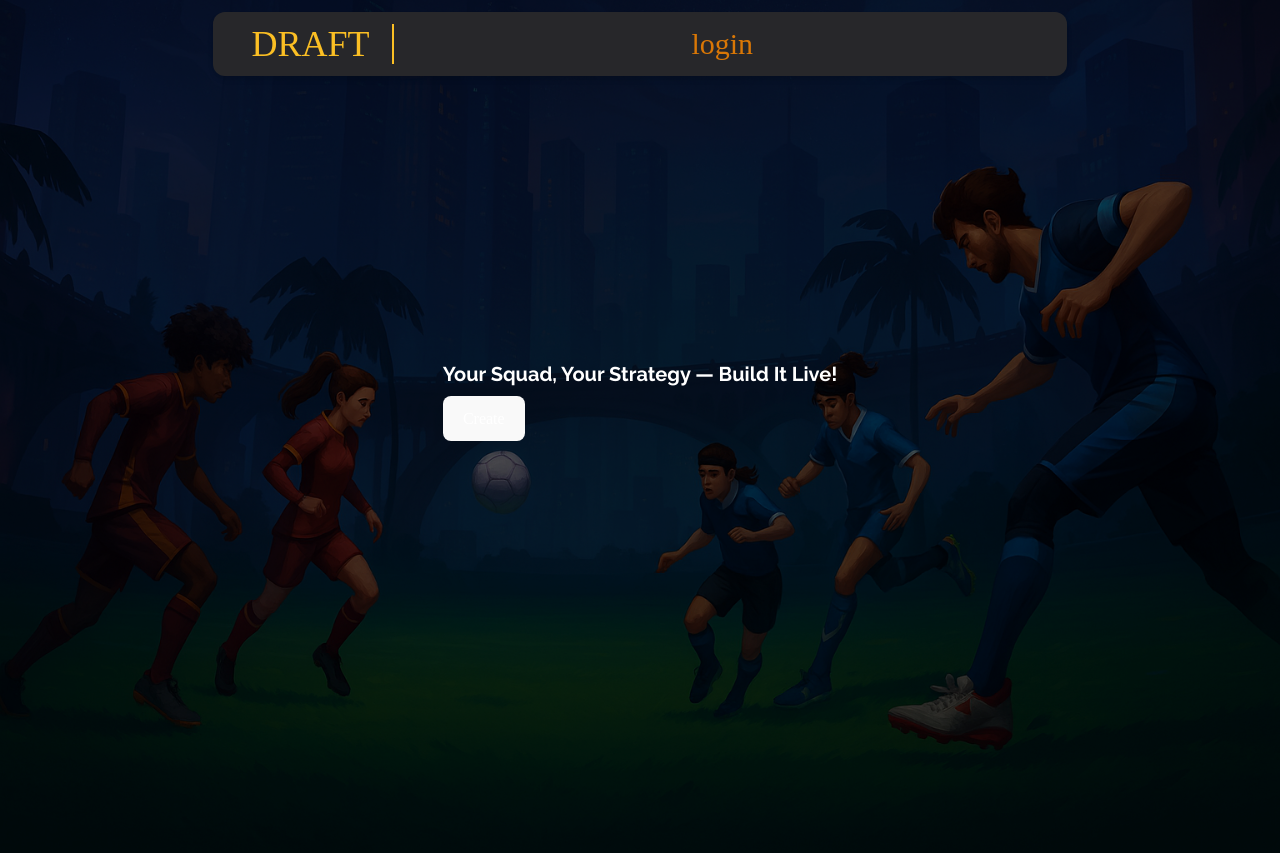
Repository: MehediMim/LeagueCrafter--Online-Auction-Platform-Project
Page: / (app in my-app/)
An editor plug-in stored every save of this project. The page is shown before and after the next save, followed by the edit.
The browser window is 1280 px wide. The pictures show the whole page.
Some web fonts or font styles are not loaded; a fallback is used. The project was rebuilt for these pictures with package versions that can differ from the ones it lists, and the page was loaded fresh each time. Also part of the build but not shown: my-app/vite.config.js, my-app/src/pages/Dashboard.jsx, my-app/src/pages/Login.jsx.

Above is the page before, as saved 2025-05-25 02:04:02.

### my-app/src/main.jsx
import { StrictMode } from 'react'
import { createRoot } from 'react-dom/client'
import React from 'react';
import ReactDOM from 'react-dom/client';
import './index.css'
import App from './App.jsx'
import { Auth0Provider } from '@auth0/auth0-react';
console.log("HELLO WORLD");
console.log('Domain:', import.meta.env.VITE_AUTH0_DOMAIN);
console.log('Client ID:', import.meta.env.VITE_AUTH0_CLIENT_ID);
console.log("HELLO WORLD");

ReactDOM.createRoot(document.getElementById('root')).render(
<React.StrictMode>
  <Auth0Provider
    domain={import.meta.env.VITE_AUTH0_DOMAIN}
    clientId={import.meta.env.VITE_AUTH0_CLIENT_ID}
    authorizationParams={{

      redirect_uri: window.location.origin,
      audience: import.meta.env.VITE_AUTH0_AUDIENCE
    }}
  >
    <App />
  </Auth0Provider>
</React.StrictMode>
);

### my-app/src/index.css
@import url('https://fonts.googleapis.com/css2?family=Bebas+Neue&display=swap');
@import url('https://fonts.googleapis.com/css2?family=Raleway:wght@400;700&display=swap');
@import url('https://fonts.googleapis.com/css2?family=Jaro&display=swap');
@import url('https://fonts.googleapis.com/css2?family=WDXL+Lubrifont+TC&display=swap');


@tailwind base;
@tailwind components;
@tailwind utilities;



:root {
  font-family: system-ui, Avenir, Helvetica, Arial, sans-serif;
  line-height: 1.5;
  font-weight: 400;

  color-scheme: light dark;
  color: rgba(255, 255, 255, 0.87);
  background-color: #242424;

  font-synthesis: none;
  text-rendering: optimizeLegibility;
  -webkit-font-smoothing: antialiased;
  -moz-osx-font-smoothing: grayscale;
}

a {
  font-weight: 500;
  color: #646cff;
  text-decoration: inherit;
}
a:hover {
  color: #535bf2;
}

body {
  margin: 0;
  display: flex;
  place-items: center;
  min-width: 320px;
  min-height: 100vh;
}

h1 {
  font-size: 3.2em;
  line-height: 1.1;
}

button {
  border-radius: 8px;
  border: 1px solid transparent;
  padding: 0.6em 1.2em;
  font-size: 1em;
  font-weight: 500;
  font-family: inherit;
  background-color: #1a1a1a;
  cursor: pointer;
  transition: border-color 0.25s;
}
button:hover {
  border-color: #646cff;
}
button:focus,
button:focus-visible {
  outline: 4px auto -webkit-focus-ring-color;
}

@media (prefers-color-scheme: light) {
  :root {
    color: #213547;
    background-color: #ffffff;
  }
  a:hover {
    color: #747bff;
  }
  button {
    background-color: #f9f9f9;
  }
}

### my-app/src/App.jsx
import { BrowserRouter, Routes, Route } from "react-router-dom";
import Navbar from "./components/Navbar";
import Home from "./pages/Home";
import Dashboard from "./pages/Dashboard";
import Login from "./pages/Login";


export default function App() {
  return (
    <BrowserRouter>
      <Navbar />
      <Routes>
        <Route path="/" element={<Home />} />
        <Route path="/dashboard" element={<Dashboard />} />
        <Route path="/login" element={<Login />} />
        {/* <Route path="/auction" element={<AuctionRoom />} /> */}
        {/* <Route path="*" element={<NotFound />} /> */}
      </Routes>
    </BrowserRouter>
  );
}

### my-app/src/components/Navbar.jsx
import { Link } from "react-router-dom";
import { useAuth0 } from "@auth0/auth0-react";

export default function Navbar(params) {

  const { user, isAuthenticated, isLoading, loginWithRedirect, logout } = useAuth0();

  return (
    <div className="h-16 w-screen absolute top-3 z-50 flex justify-center">
      <div className="w-2/3 flex justify-center">
        <div className="bg-zinc-800  shadow-md p-4 rounded-xl w-full flex items-center">
          {/* <div className="w-auto h-auto rounded-xl m-4 flex p-4"> */}
          <div className="w-1/4 border-r-2 border-amber-400 flex justify-center">
            <Link to="/"><h1 className="font-jaro text-4xl text-amber-400 hover:text-white">DRAFT</h1></Link>
          </div>
          <div className="w-full flex justify-evenly   items-center">
            {/* <Link to="/" className="text-amber-600 hover:text-white"><h1 className="text-3xl font-jaro">home</h1></Link> */}
            {/* <Link className="text-amber-600 hover:text-white"><h1 className="text-3xl font-jaro">registrations</h1></Link> */}
            {!isAuthenticated && <Link to="/login" className="text-amber-600 hover:text-white"><h1 className="text-3xl  font-jaro">login</h1></Link>}
            {isAuthenticated && <Link to="/dashboard" className="text-amber-600 hover:text-white"><h1 className="text-3xl  font-jaro">dashboard</h1></Link>}

          </div>
          {/* </div> */}
        </div>
        {isAuthenticated && <div className=" h-16 w-16  ml-3 group cursor-pointer relative">


          <div className="rounded-full border-amber-600 border-4 h-16 w-16">
            <img src={user.picture} className="rounded-full"></img>
          </div>

          <div className="absolute top-10 left-36 -translate-x-1/2  bg-zinc-800 text-white rounded-xl p-4 shadow-lg hidden group-hover:block z-50">
            <p className="text-lg font-bold font-raleway text-left">{user.name}</p>
            <p className="text-lg  font-kanit text-center font-raleway">{user.email}</p>
            <button
              onClick={() => logout({ returnTo: window.location.origin })}
              className="mt-3 w-full px-4 py-2 text-smbg rounded hover:bg-white  hover:text-black transition font-kanit"
            >
              Logout
            </button>
          </div>


        </div>
        }
      </div>
    </div>
  )
};

### my-app/src/pages/Home.jsx
import bg from "../assets/bg1.png"
export default function Home(params) {
    return (
        <div>
            <div className="w-screen h-auto absolute top-0 left-0 z-0">
                <div className="w-full h-full bg-black absolute opacity-55">

                </div>
                <div>
                    <img src={bg} className="w-full"></img>
                </div>
            </div>
            <div className="flex justify-center items-center w-screen absolute">
                <div className="justify-start flex flex-col">
                    <div>
                        <h1 className="text-xl font-raleway text-white font-bold">Your Squad, Your Strategy — Build It Live!</h1>
                    </div>
                    <div className="flex justify-start pt-2">
                        <button className="font-jaro text-white hover:bg-white hover:text-black">Create</button>
                    </div>
                </div>
            </div>
        </div>
    )
};

### my-app/tailwind.config.js
/** @type {import('tailwindcss').Config} */
export default {
  content: [
    "./index.html",
    "./src/**/*.{js,ts,jsx,tsx}",
  ],
  theme: {
    extend: {
      fontFamily: {
        bebas: ['"Bebas Neue"', 'cursive'],
        raleway: ['Raleway', 'sans-serif'],
        jaro: ['Jaro', 'cursive'],
        lubrifont: ['Lubrifont', 'sans-serif'],
      },
    },
  },
  plugins: [],
}

Loaded but not shown: my-app/index.html (common file)

After the next save:
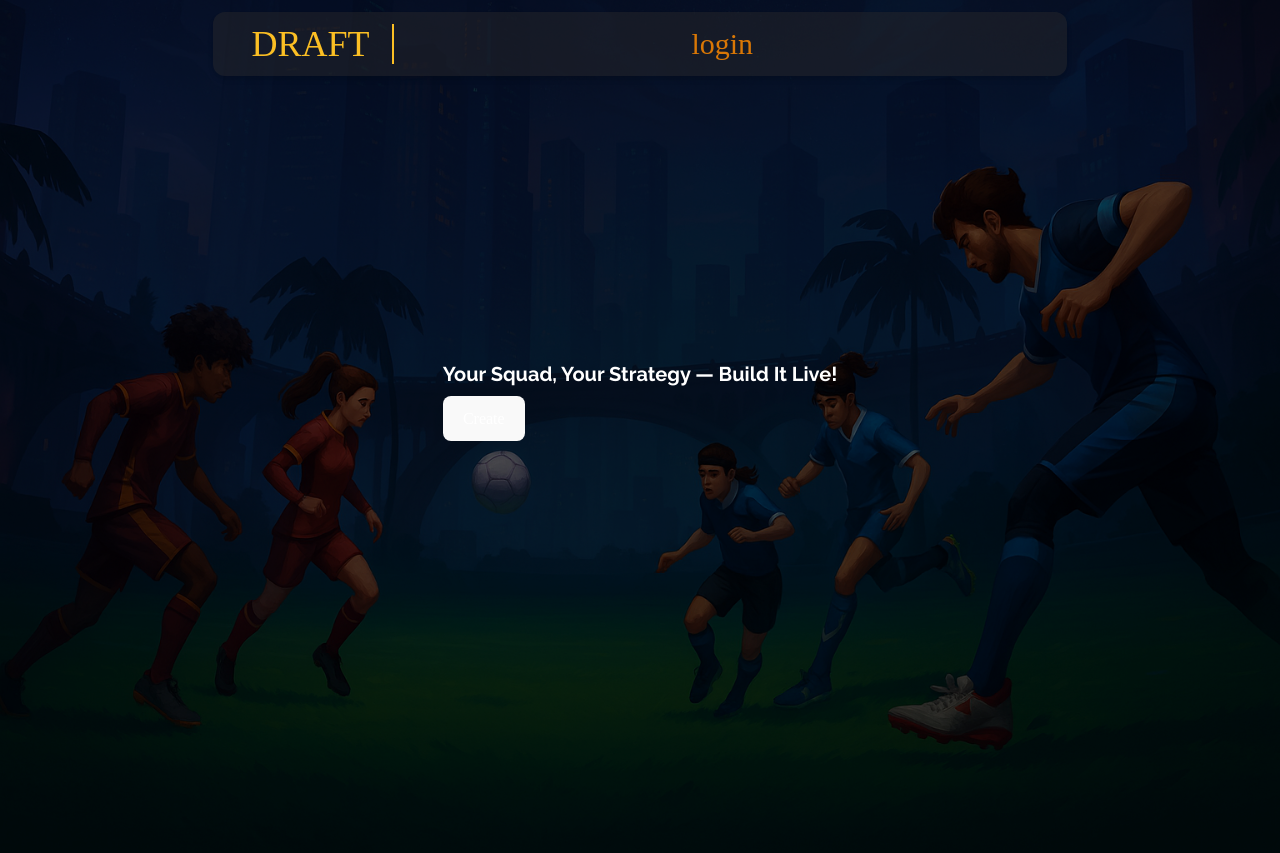
Saved 6 s later.
--- a/my-app/src/components/Navbar.jsx
+++ b/my-app/src/components/Navbar.jsx
@@ -8,7 +8,7 @@ export default function Navbar(params) {
   return (
     <div className="h-16 w-screen absolute top-3 z-50 flex justify-center">
       <div className="w-2/3 flex justify-center">
-        <div className="bg-zinc-800  shadow-md p-4 rounded-xl w-full flex items-center">
+        <div className="bg-zinc-800 bg-opacity-50 shadow-md p-4 rounded-xl w-full flex items-center">
           {/* <div className="w-auto h-auto rounded-xl m-4 flex p-4"> */}
           <div className="w-1/4 border-r-2 border-amber-400 flex justify-center">
             <Link to="/"><h1 className="font-jaro text-4xl text-amber-400 hover:text-white">DRAFT</h1></Link>
